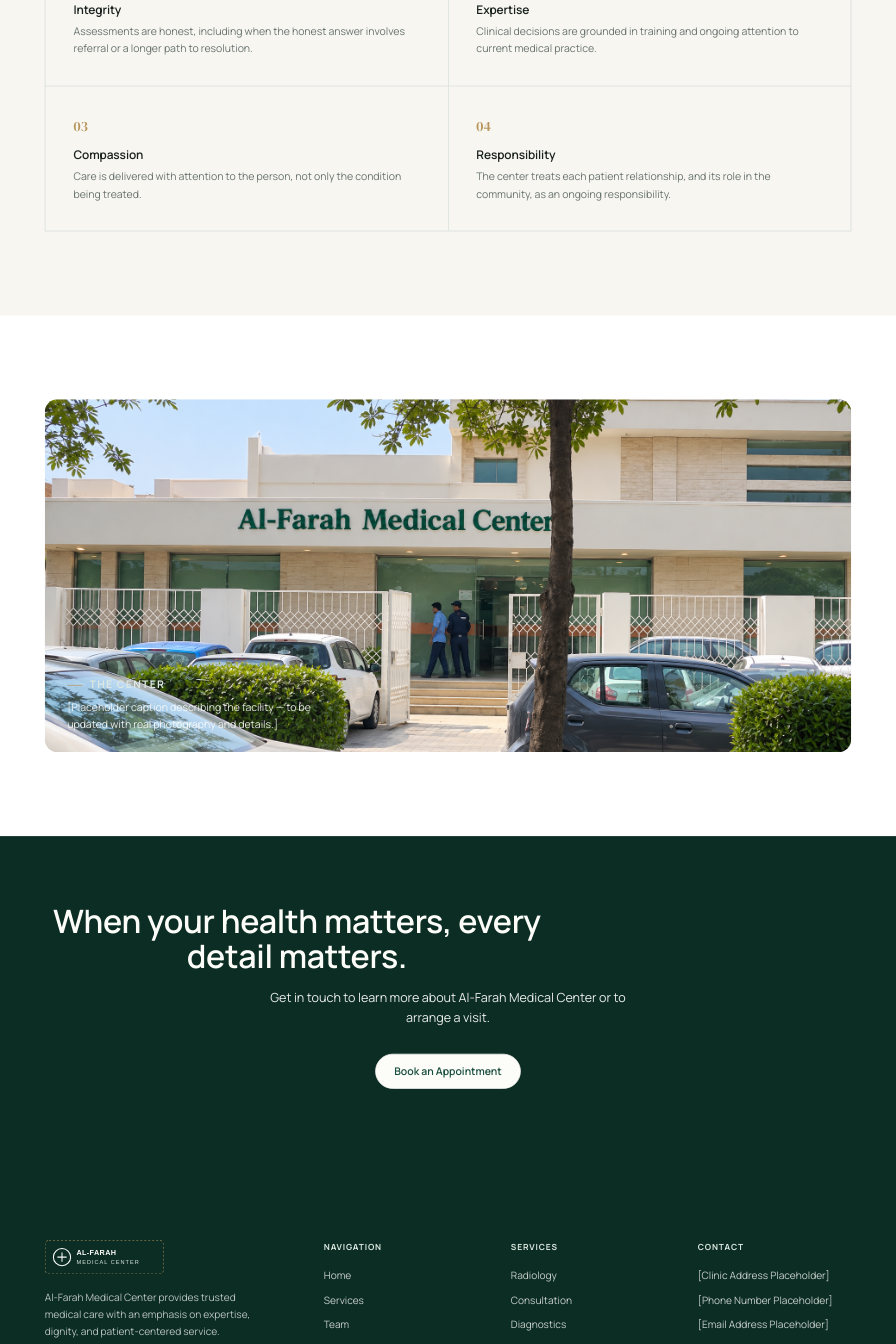
Repository: mraeesaziz45/al-farah
Page: about.html
These files come from the project's save history. The page is drawn as it stood at one moment and after the next save; the edit follows.
The browser window is 1280 px wide. The pictures show the part of the page from y = 2138 to 4058 px (the page is 4252 px tall), at 70% of full size.

Above is the page before, as saved 2026-09-19 18:40:21.

### about.html
<!DOCTYPE html>
<html lang="en">
<head>
<meta charset="UTF-8">
<meta name="viewport" content="width=device-width, initial-scale=1.0">
<title>About Us — Al-Farah Medical Center</title>
<meta name="description" content="Learn about the history, values, and facility of Al-Farah Medical Center.">
<meta property="og:title" content="About Us — Al-Farah Medical Center">
<meta property="og:description" content="Built on trust. Growing through responsibility.">
<meta property="og:type" content="website">
<link rel="preconnect" href="https://fonts.googleapis.com">
<link rel="preconnect" href="https://fonts.gstatic.com" crossorigin>
<link href="https://fonts.googleapis.com/css2?family=Manrope:wght@400;500;600;700&family=DM+Serif+Display:ital@0;1&display=swap" rel="stylesheet">
<link rel="stylesheet" href="css/style.css">
</head>
<body>
<a href="#main" class="skip-link">Skip to content</a>

<header class="site-header">
  <div class="container header-inner">
    <a href="index.html" class="logo-link">
      <img src="assets/logo/logo-placeholder.svg" alt="Al-Farah Medical Center" width="180" height="52">
    </a>
    <nav class="main-nav" aria-label="Primary">
      <a href="index.html">Home</a>
      <a href="services.html">Services</a>
      <a href="team.html">Team</a>
      <a href="about.html" aria-current="page">About</a>
      <a href="contact.html">Contact</a>
    </nav>
    <div class="header-actions">
      <a href="contact.html" class="btn btn-primary header-cta-desktop">Book an Appointment</a>
      <button class="menu-toggle" aria-expanded="false" aria-controls="mobileMenu" aria-label="Open menu">
        <span class="bar"></span>
      </button>
    </div>
  </div>
</header>

<div class="mobile-menu" id="mobileMenu">
  <div class="mobile-menu-top">
    <img src="assets/logo/logo-placeholder.svg" alt="Al-Farah Medical Center" width="150" height="44">
    <button class="mobile-menu-close" aria-label="Close menu">
      <svg viewBox="0 0 24 24" fill="none" stroke="currentColor" stroke-width="1.6"><line x1="5" y1="5" x2="19" y2="19"/><line x1="19" y1="5" x2="5" y2="19"/></svg>
    </button>
  </div>
  <nav class="mobile-nav" aria-label="Mobile">
    <a href="index.html">Home</a>
    <a href="services.html">Services</a>
    <a href="team.html">Team</a>
    <a href="about.html" aria-current="page">About</a>
    <a href="contact.html">Contact</a>
  </nav>
  <div class="mobile-menu-cta">
    <a href="contact.html" class="btn btn-primary">Book an Appointment</a>
  </div>
</div>

<main id="main">

  <section class="page-hero bg-cream">
    <div class="container">
      <p class="eyebrow" data-reveal>About Us</p>
      <h1 class="page-heading h1" data-reveal>Built on trust. Growing through responsibility.</h1>
      <p class="body-lg muted" data-reveal>Al-Farah Medical Center began as a small practice and has grown around a simple principle: care that is competent, honest, and attentive to the person receiving it.</p>
    </div>
  </section>

  <section class="section bg-white">
    <div class="container story-layout">
      <div data-reveal>
        <div class="story-marker">
          <span class="est">Est.</span>
          <span class="year">2020</span>
        </div>
      </div>
      <div class="story-text" data-reveal>
        <p class="body-lg">Al-Farah Medical Center was established with the aim of providing accessible, reliable, and patient-focused healthcare in a professional and welcoming environment. From its early beginnings, the center has remained committed to treating every patient with dignity, care, and respect.</p>
        <p class="body-lg">Over time, Al-Farah Medical Center has expanded its services to meet the changing needs of the community. The center now brings together medical consultations, diagnostic imaging, laboratory services, and specialist care to support patients through different stages of their healthcare journey.</p>
        <p class="body-lg">The center continues to build lasting relationships with patients and families through attentive service, clear communication, and responsible medical care. Our approach is centered on understanding each patient's needs and helping them access appropriate care and specialist guidance when required.</p>
      </div>
    </div>
  </section>

  <section class="ceo-message bg-forest">
    <div class="container">
      <div class="ceo-message-inner" data-reveal>
        <div class="ceo-message-media">
          <img src="assets/images/team/director-home-2.png" alt="Portrait of the Founder and Director" width="200" height="200" loading="lazy" decoding="async">
        </div>
        <p class="serif-statement">"Our goal is simple: to provide people with medical care that is competent, compassionate, and worthy of their trust."</p>
        <div class="hero-attribution">
          <span class="name">M. Raees Aziz</span>
          <span class="role">Founder - AlFarah Medical Center</span>
        </div>
      </div>
    </div>
  </section>

  <section class="section bg-cream">
    <div class="container">
      <div class="section-head" data-reveal>
        <p class="eyebrow">Our Values</p>
        <h2 class="h2">What guides the practice.</h2>
      </div>
      <div class="values-grid" data-reveal-group>
        <div class="value-item" data-reveal>
          <span class="value-num">01</span>
          <h3 class="h4">Integrity</h3>
          <p>Assessments are honest, including when the honest answer involves referral or a longer path to resolution.</p>
        </div>
        <div class="value-item" data-reveal>
          <span class="value-num">02</span>
          <h3 class="h4">Expertise</h3>
          <p>Clinical decisions are grounded in training and ongoing attention to current medical practice.</p>
        </div>
        <div class="value-item" data-reveal>
          <span class="value-num">03</span>
          <h3 class="h4">Compassion</h3>
          <p>Care is delivered with attention to the person, not only the condition being treated.</p>
        </div>
        <div class="value-item" data-reveal>
          <span class="value-num">04</span>
          <h3 class="h4">Responsibility</h3>
          <p>The center treats each patient relationship, and its role in the community, as an ongoing responsibility.</p>
        </div>
      </div>
    </div>
  </section>

  <section class="section bg-white">
    <div class="container">
      <div class="facility-media" data-reveal>
        <img src="assets/images/facade.png" alt="Al-Farah Medical Center facility, placeholder photograph" width="1600" height="700" loading="lazy" decoding="async">
        <div class="facility-caption">
          <p class="eyebrow">The Center</p>
          <p>[Placeholder caption describing the facility — to be updated with real photography and details.]</p>
        </div>
      </div>
    </div>
  </section>

  <section class="cta-band bg-forest-deep">
    <div class="container">
      <h2 class="h2" data-reveal>When your health matters, every detail matters.</h2>
      <p class="body-lg" data-reveal>Get in touch to learn more about Al-Farah Medical Center or to arrange a visit.</p>
      <div class="cta-row" data-reveal>
        <a href="contact.html" class="btn btn-primary">Book an Appointment</a>
      </div>
    </div>
  </section>

</main>

<footer class="site-footer">
  <div class="container footer-grid">
    <div>
      <img src="assets/logo/logo-placeholder-light.svg" alt="Al-Farah Medical Center" class="footer-logo" width="170" height="50">
      <p class="footer-about">Al-Farah Medical Center provides trusted medical care with an emphasis on expertise, dignity, and patient-centered service.</p>
    </div>
    <div class="footer-col">
      <p class="footer-col-title">Navigation</p>
      <ul>
        <li><a href="index.html">Home</a></li>
        <li><a href="services.html">Services</a></li>
        <li><a href="team.html">Team</a></li>
        <li><a href="about.html">About</a></li>
        <li><a href="contact.html">Contact</a></li>
      </ul>
    </div>
    <div class="footer-col">
      <p class="footer-col-title">Services</p>
      <ul>
        <li><a href="services.html#radiology">Radiology</a></li>
        <li><a href="services.html#consultation">Consultation</a></li>
        <li><a href="services.html#laboratory">Diagnostics</a></li>
        <li><a href="services.html#specialist">Specialist Care</a></li>
      </ul>
    </div>
    <div class="footer-col">
      <p class="footer-col-title">Contact</p>
      <ul>
        <li>[Clinic Address Placeholder]</li>
        <li>[Phone Number Placeholder]</li>
        <li>[Email Address Placeholder]</li>
        <li>[Opening Hours Placeholder]</li>
      </ul>
    </div>
  </div>
  <div class="container footer-bottom">
    <p>&copy; 2026 Al-Farah Medical Center</p>
    <div class="footer-legal">
      <a href="#">Privacy Policy</a>
      <a href="#">Terms</a>
    </div>
  </div>
</footer>

<script src="js/main.js"></script>
</body>
</html>

Loaded but not shown: js/main.js (276 lines, source omitted); css/style.css (1057 lines, source omitted)

After the next save:
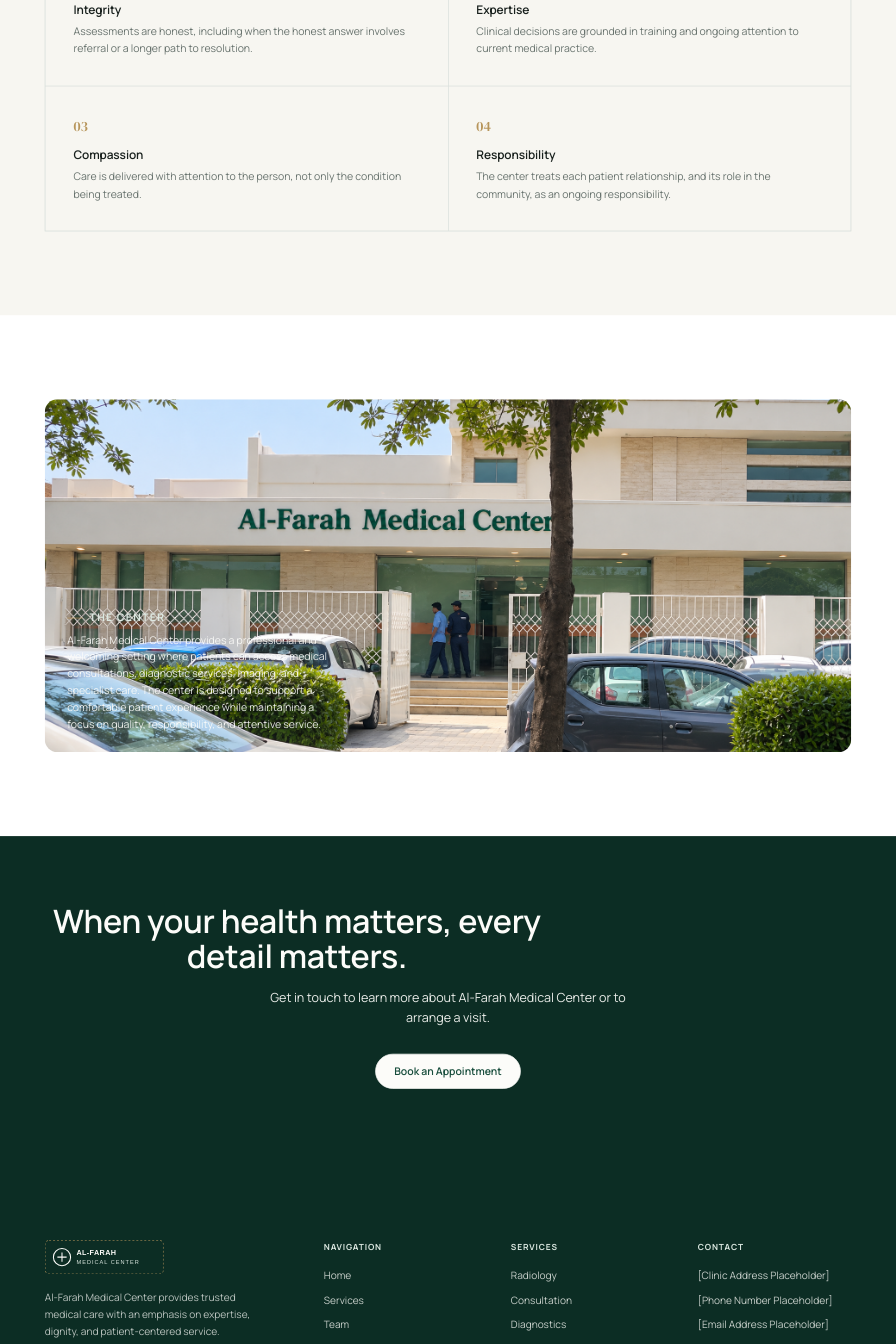
Saved 32 s later.
--- a/about.html
+++ b/about.html
@@ -134,7 +134,7 @@
         <img src="assets/images/facade.png" alt="Al-Farah Medical Center facility, placeholder photograph" width="1600" height="700" loading="lazy" decoding="async">
         <div class="facility-caption">
           <p class="eyebrow">The Center</p>
-          <p>[Placeholder caption describing the facility — to be updated with real photography and details.]</p>
+          <p>Al-Farah Medical Center provides a professional and welcoming setting where patients can access medical consultations, diagnostic services, imaging, and specialist care. The center is designed to support a comfortable patient experience while maintaining a focus on quality, responsibility, and attentive service.</p>
         </div>
       </div>
     </div>
